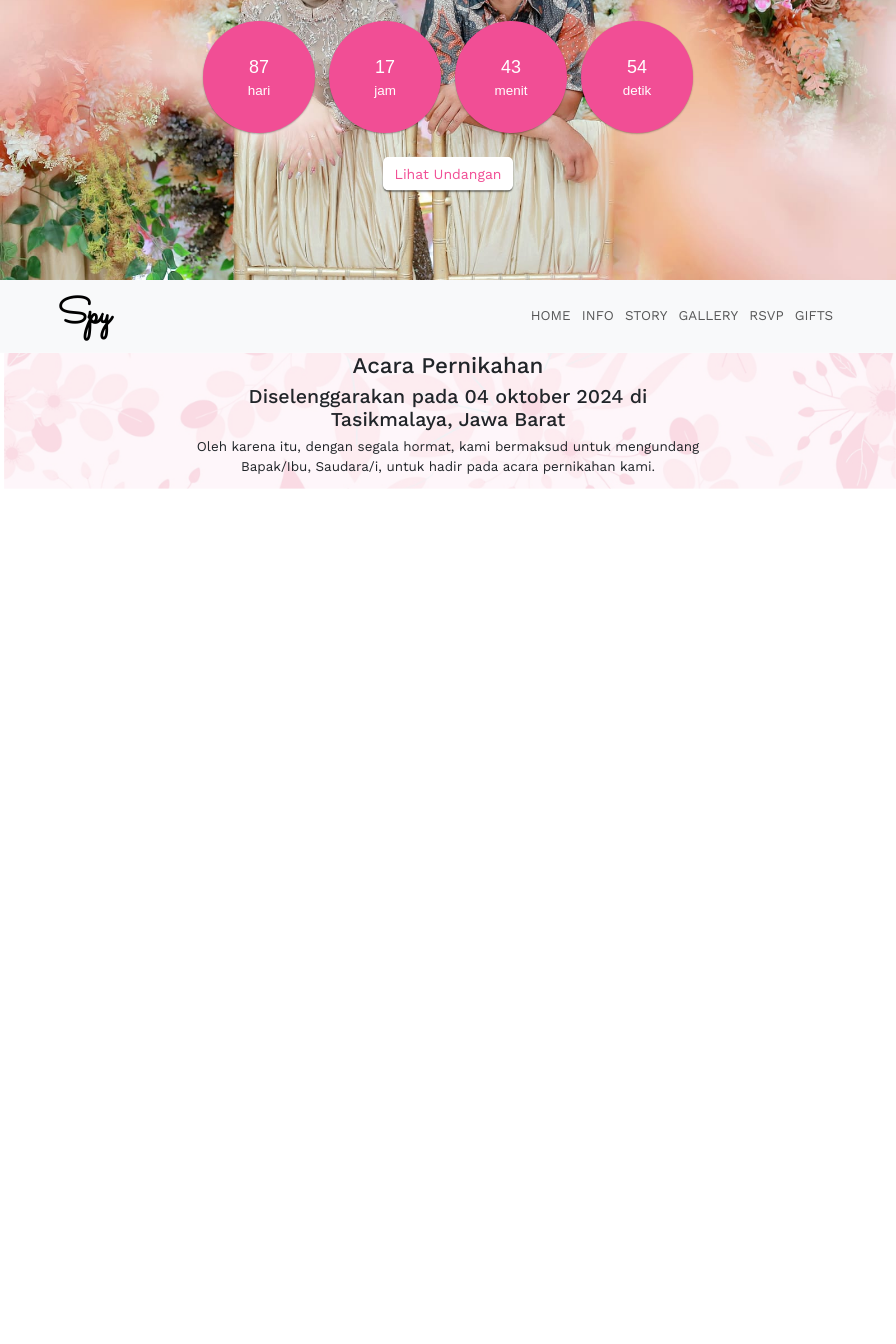
Repository: sellayspy/invitation
Page: index.html
These files come from the project's save history. The page is drawn as it stood at one moment and after the next save; the edit follows.
The browser window is 1280 px wide. The pictures show the part of the page from y = 320 to 2240 px (the page is 4000 px tall), at 70% of full size.

Above is the page before, as saved 2024-07-08 15:47:18.

After the next save:
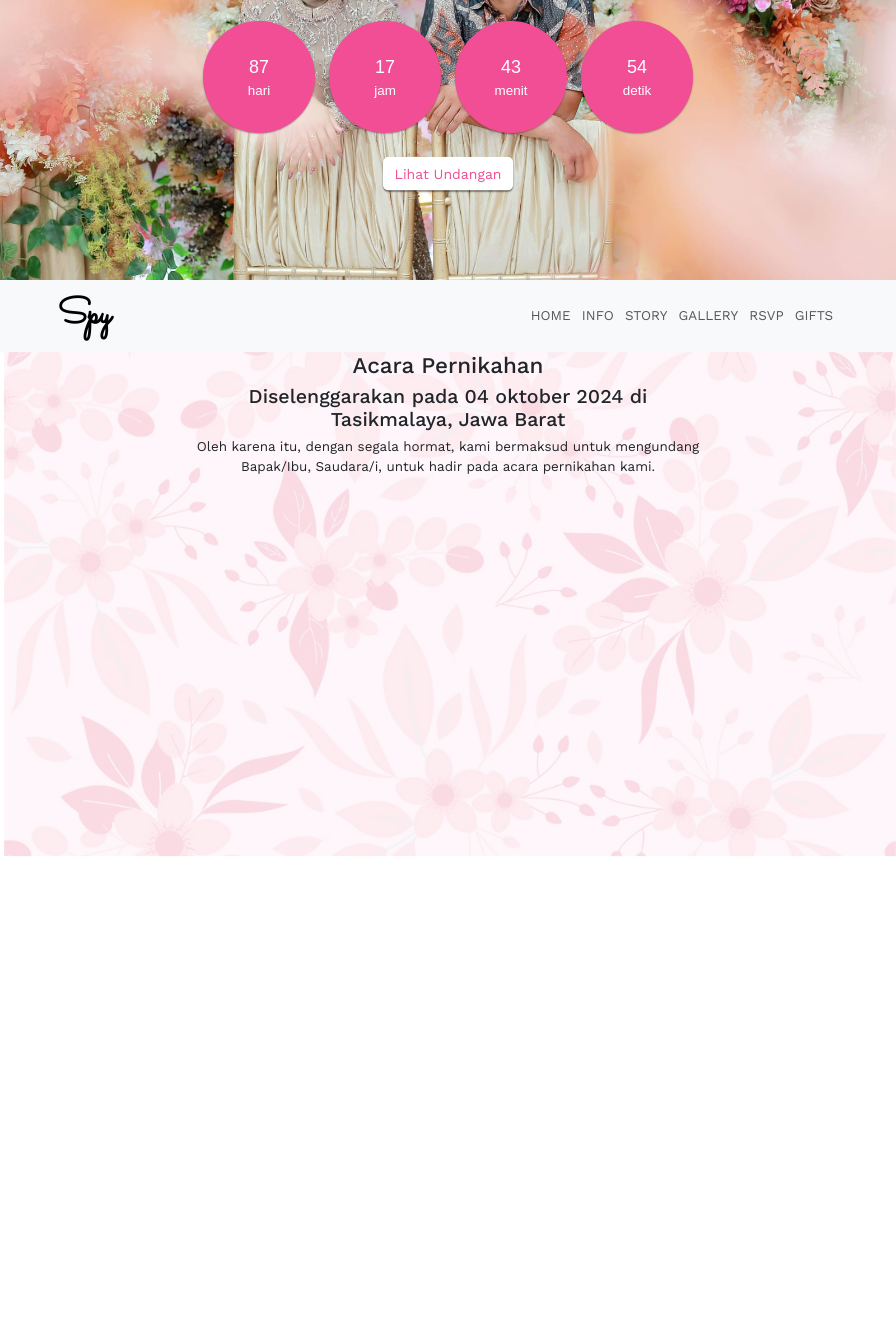
Saved 12 s later.
--- a/style.css
+++ b/style.css
@@ -80,7 +80,7 @@ body {
 .home {
   background-image: url(img/Desain\ tanpa\ judul.png);
   background-size: cover;
-  min-height: ;
+  min-height: 100vh;
 }
 
 /* Media Query */
